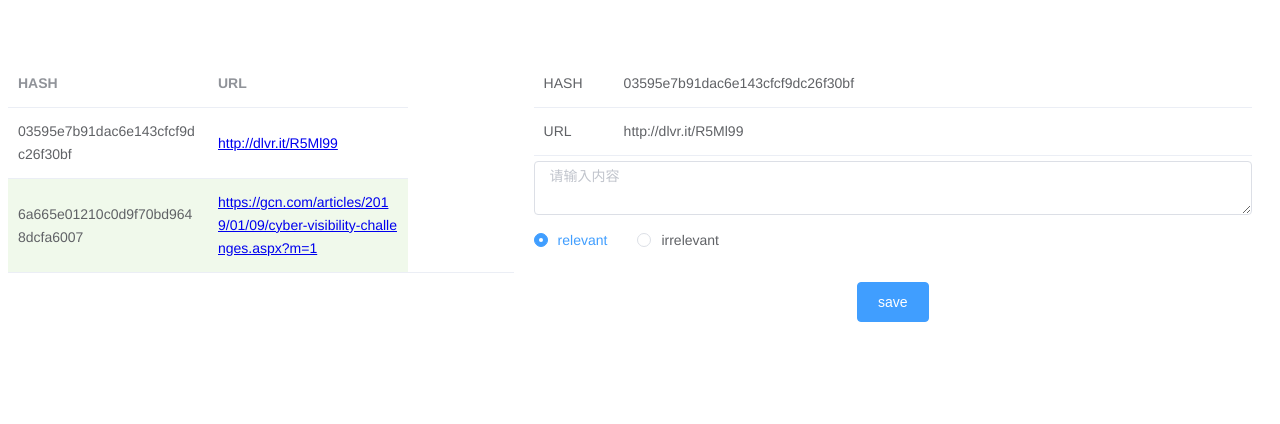
Repository: NicoleGX/TI
Page: /
The author's editor kept a copy of each file at every save. The page is drawn from the files as they stood at one save, then again after the next save.
The browser window is 1280 px wide. The pictures show the whole page.
The project was rebuilt for these pictures with package versions that can differ from the ones it lists, and the page was loaded fresh each time.

Above is the page before, as saved 2019-05-28 20:35:43.

After the next save:
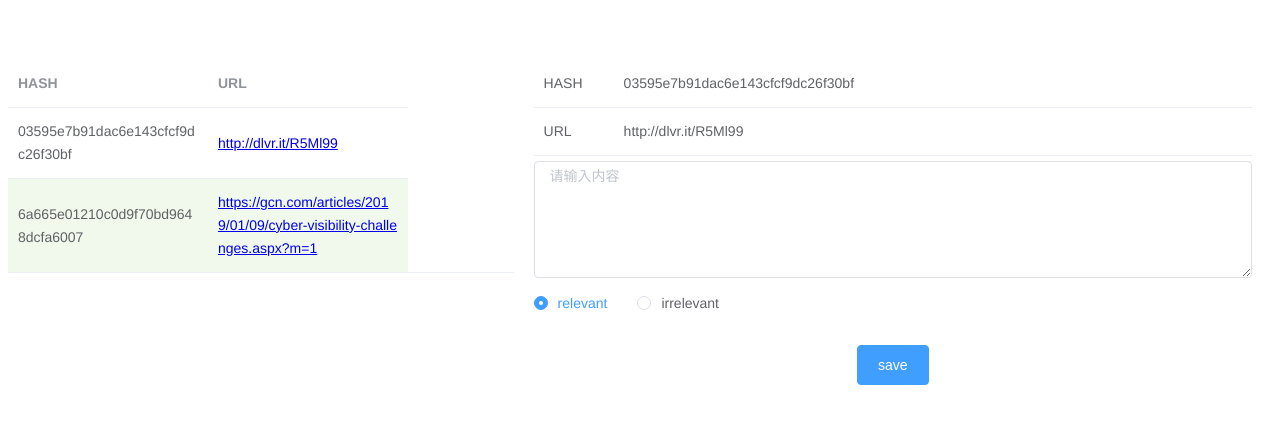
Saved 31 s later.
--- a/src/views/TextClassification.vue
+++ b/src/views/TextClassification.vue
@@ -40,7 +40,7 @@
       <el-form ref="form" :model="form">
         <el-input
           type="textarea"
-          :autosize="{ minRows: 2, maxRows: 4}"
+          :autosize="{ minRows: 5, maxRows: 15}"
           placeholder="请输入内容"
           v-model="form.text"
           style="margin: 5px 0;">
